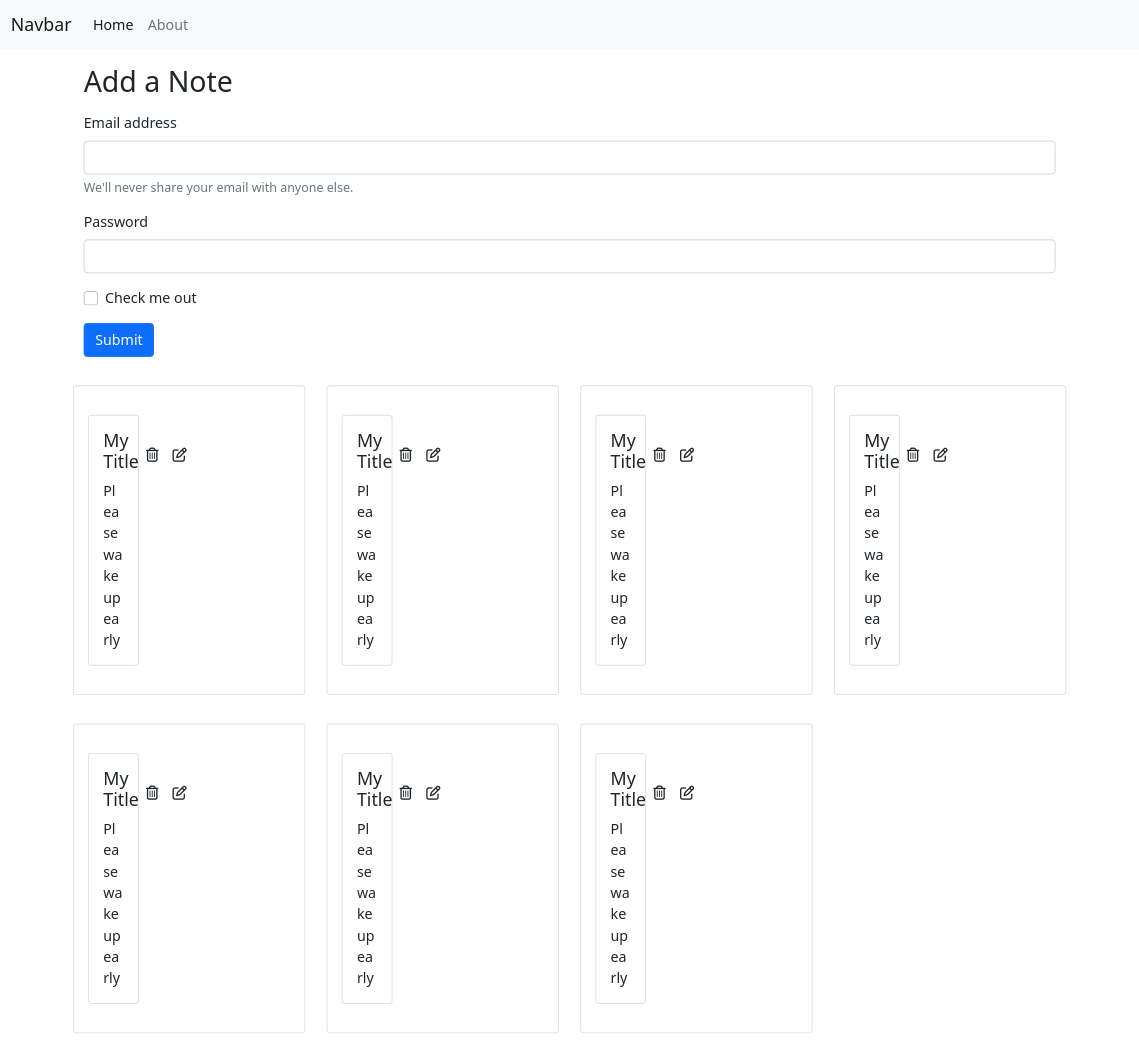
Repository: Asad-devv/inotebook-mern
Page: /
These files come from the project's save history. The page is drawn as it stood at one moment and after the next save; the edit follows.
The browser window is 1280 px wide. The pictures show the whole page, at 89% of full size.
Some web libraries are served in a nearby version. The project was rebuilt for these pictures with package versions that can differ from the ones it lists, and the page was loaded fresh each time. Also part of the build but not shown: vite.config.js, src/components/About.jsx.

Above is the page before, as saved 2023-04-14 00:46:55.

### index.html
<!DOCTYPE html>
<html lang="en">
  <head>
    <meta charset="UTF-8" />
    <link rel="icon" type="image/svg+xml" href="/vite.svg" />
    <meta name="viewport" content="width=device-width, initial-scale=1.0" />
    <link href="https://cdn.jsdelivr.net/npm/bootstrap@5.0.2/dist/css/bootstrap.min.css" rel="stylesheet" integrity="sha384-EVSTQN3/azprG1Anm3QDgpJLIm9Nao0Yz1ztcQTwFspd3yD65VohhpuuCOmLASjC" crossorigin="anonymous">
    <title>iNotebook</title>
  </head>
  <body>
    <div id="root"></div>
    <script type="module" src="/src/main.jsx"></script>

    <script src="https://kit.fontawesome.com/26504e4a1f.js" crossorigin="anonymous"></script>

    <script src="https://cdn.jsdelivr.net/npm/@popperjs/core@2.9.2/dist/umd/popper.min.js" integrity="sha384-IQsoLXl5PILFhosVNubq5LC7Qb9DXgDA9i+tQ8Zj3iwWAwPtgFTxbJ8NT4GN1R8p" crossorigin="anonymous"></script>
    <script src="https://cdn.jsdelivr.net/npm/bootstrap@5.0.2/dist/js/bootstrap.min.js" integrity="sha384-cVKIPhGWiC2Al4u+LWgxfKTRIcfu0JTxR+EQDz/bgldoEyl4H0zUF0QKbrJ0EcQF" crossorigin="anonymous"></script>
  </body>
</html>

### src/main.jsx
import React from 'react'
import ReactDOM from 'react-dom/client'
import App from './App'
// import './index.css'
import { BrowserRouter } from "react-router-dom"
import { Provider } from 'react-redux'
import store from './states/Store'


ReactDOM.createRoot(document.getElementById('root')).render(
  <React.StrictMode>
    <BrowserRouter>
    <Provider store={store} >
    <App />
    </Provider>
    </BrowserRouter>
  </React.StrictMode>,
)

### src/App.jsx
import { useState } from 'react'
import reactLogo from './assets/react.svg'
import viteLogo from '/vite.svg'
// import './App.css'
import {Home,Navbar,About} from "./components"
import { Route, Routes } from "react-router-dom"




function App() {

  return (
      <>
      <Navbar/>
      <div className="container">
      <Routes>
      <Route path="/" element={<Home />} />
      <Route path="/about" element={<About />} />
      </Routes>
      </div>

    </>
  );
}
export default App

### src/states/Store.js
import { configureStore } from '@reduxjs/toolkit'
import notesReducer from "./redux/notesSlice"


export default configureStore({
  reducer: {notes:notesReducer},
})

### src/components/index.js
import Home from "./Home"
import Navbar from "./Navbar"
import About from "./About"



export { Home,Navbar,About }

### src/states/redux/notesSlice.js
import { createSlice } from '@reduxjs/toolkit'


const notesInitial = [
        {
          "_id": "61322f19553781a8ca8d0e06",
          "user": "6131dc5e3e4037cd4734a066",
          "title": "My Title",
          "description": "Please wake up early",
          "tag": "personal",
          "date": "2021-09-03T14:20:09.509Z",
          "__v": 0
        },
        {
          "_id": "61322f19553781a8ca8d0e08",
          "user": "6131dc5e3e4037cd4734a066",
          "title": "My Title",
          "description": "Please wake up early",
          "tag": "personal",
          "date": "2021-09-03T14:20:09.668Z",
          "__v": 0
        },
        {
          "_id": "61322f19553781a8ca8d0e08",
          "user": "6131dc5e3e4037cd4734a066",
          "title": "My Title",
          "description": "Please wake up early",
          "tag": "personal",
          "date": "2021-09-03T14:20:09.668Z",
          "__v": 0
        },
        {
          "_id": "61322f19553781a8ca8d0e08",
          "user": "6131dc5e3e4037cd4734a066",
          "title": "My Title",
          "description": "Please wake up early",
          "tag": "personal",
          "date": "2021-09-03T14:20:09.668Z",
          "__v": 0
        },
        {
          "_id": "61322f19553781a8ca8d0e08",
          "user": "6131dc5e3e4037cd4734a066",
          "title": "My Title",
          "description": "Please wake up early",
          "tag": "personal",
          "date": "2021-09-03T14:20:09.668Z",
          "__v": 0
        },
        {
          "_id": "61322f19553781a8ca8d0e08",
          "user": "6131dc5e3e4037cd4734a066",
          "title": "My Title",
          "description": "Please wake up early",
          "tag": "personal",
          "date": "2021-09-03T14:20:09.668Z",
          "__v": 0
        },
        {
          "_id": "61322f19553781a8ca8d0e08",
          "user": "6131dc5e3e4037cd4734a066",
          "title": "My Title",
          "description": "Please wake up early",
          "tag": "personal",
          "date": "2021-09-03T14:20:09.668Z",
          "__v": 0
        },
      ]

export const notesSlice= createSlice({
    name:'notes',
    initialState:{value:notesInitial},
    reducers:{
        update:(state)=>{
            setTimeout(()=>{state.value.tag+="gellp"},1000)

        }
    }
})


export const { update} = notesSlice.actions

export default notesSlice.reducer

### src/components/Home.jsx
import React from 'react'
import { useSelector,useDispatch } from 'react-redux'
import { update } from '../states/redux/notesSlice';
import Notes from './Notes';

const Home = () => {
  const dispatch= useDispatch();
  const notes =  useSelector((state) => state.notes.value)
  console.log(notes)
  return (
    <div>

      <div className="container my-3">
            <h2>Add a Note</h2>
            <form className="my-3">
                <div class="mb-3">
                    <label for="exampleInputEmail1" class="form-label">Email address</label>
                    <input type="email" class="form-control" id="exampleInputEmail1" aria-describedby="emailHelp"/>
                    <div id="emailHelp" class ="form-text">We'll never share your email with anyone else.</div>
                </div>
                <div class="mb-3">
                    <label for="exampleInputPassword1" class="form-label">Password</label>
                    <input type="password" class="form-control" id="exampleInputPassword1"/>
                </div>
                <div class="mb-3 form-check">
                    <input type="checkbox" class="form-check-input" id="exampleCheck1"/>
                    <label class ="form-check-label" for="exampleCheck1">Check me out</label>
                </div>
                <button type="submit" class="btn btn-primary">Submit</button>
            </form>
            </div>


        <Notes></Notes>
    </div>
  )
}

export default Home

### src/components/Navbar.jsx
import React,{useEffect,useState} from 'react'
import {Link,useLocation } from "react-router-dom"

const Navbar = () => {


  let location = useLocation();
  const [activeLink, setActiveLink] = useState()

  useEffect(() => {
    // Google Analytics
  }, [location]);

  return (

    <nav className="navbar navbar-expand-lg navbar-light bg-light">
      <div className="container-fluid">
        <a className="navbar-brand" href="#">Navbar</a>
        <button className="navbar-toggler" type="button" data-bs-toggle="collapse" data-bs-target="#navbarNav" aria-controls="navbarNav" aria-expanded="false" aria-label="Toggle navigation">
          <span className="navbar-toggler-icon" />
        </button>
        <div className="collapse navbar-collapse" id="navbarNav">
          <ul className="navbar-nav">
            <li className="nav-item">
              <Link to="/" className={`${location.pathname==="/" && "active"}   nav-link`} aria-current="page" href="#">Home</Link >
            </li>

            <li className="nav-item">
              <Link to="/about" className={`${location.pathname==="/about" && "active"}   nav-link`} href="#">About</Link >
            </li>

          </ul>
        </div>
      </div>
    </nav>  )
}

export default Navbar

### src/components/Notes.jsx
import React from 'react'
import { useSelector,useDispatch } from 'react-redux'
// import { update } from '../states/redux/notesSlice';



const NoteItem = ({title,description,tag})=>{
    return(
        <div className="col-md-3">
        <div class="card my-3">
            <div class ="card-body">
            {/* <h5 class ="card-title">{title}</h5> */}
            {/* <p class ="card-text">{description}</p>  */}
    <div className="col-md-3">
        <div className="card my-3">
            <div className="card-body">
                <div className="d-flex align-items-center">
                    <h5 className="card-title">{title}</h5><i className="far fa-trash-alt mx-2"></i>
                    <i className="far fa-edit mx-2"></i>
                </div>
                <p className="card-text">{description}</p>

            </div>
        </div></div>
        </div>
        </div>
    </div>
    )
}



const Notes = () => {
    const dispatch= useDispatch();
const notes =  useSelector((state) => state.notes.value)
  return (
    <div className='row my-3'>

         {notes.map((note)=>{
        return(
        //   <h1 key={  .id}>{note.title}</h1>
            <NoteItem key={note.id} {...note}/>
        )
      })}</div>
  )
}

export default Notes

After the next save:
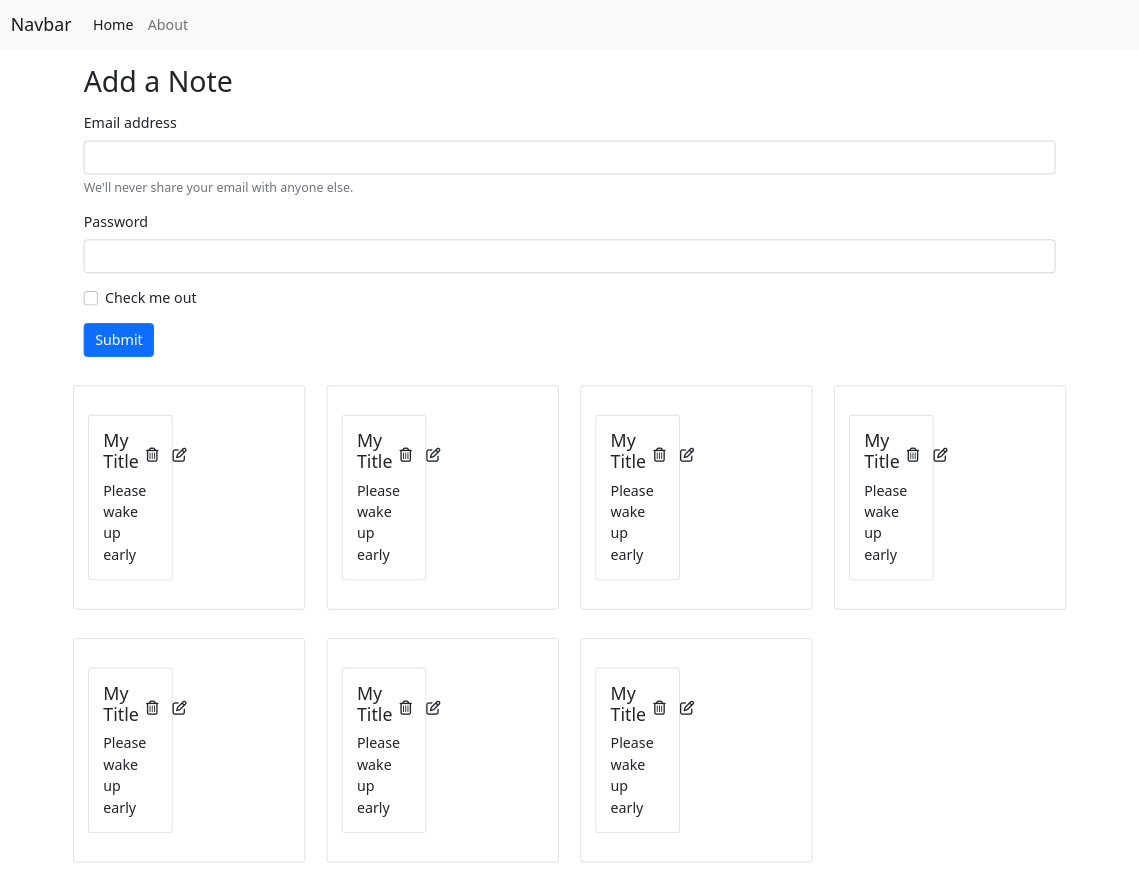
Saved 8 s later.
--- a/src/components/Notes.jsx
+++ b/src/components/Notes.jsx
@@ -11,7 +11,7 @@ const NoteItem = ({title,description,tag})=>{
             <div class ="card-body">
             {/* <h5 class ="card-title">{title}</h5> */}
             {/* <p class ="card-text">{description}</p>  */}
-    <div className="col-md-3">
+    <div className="col-md-5">
         <div className="card my-3">
             <div className="card-body">
                 <div className="d-flex align-items-center">
